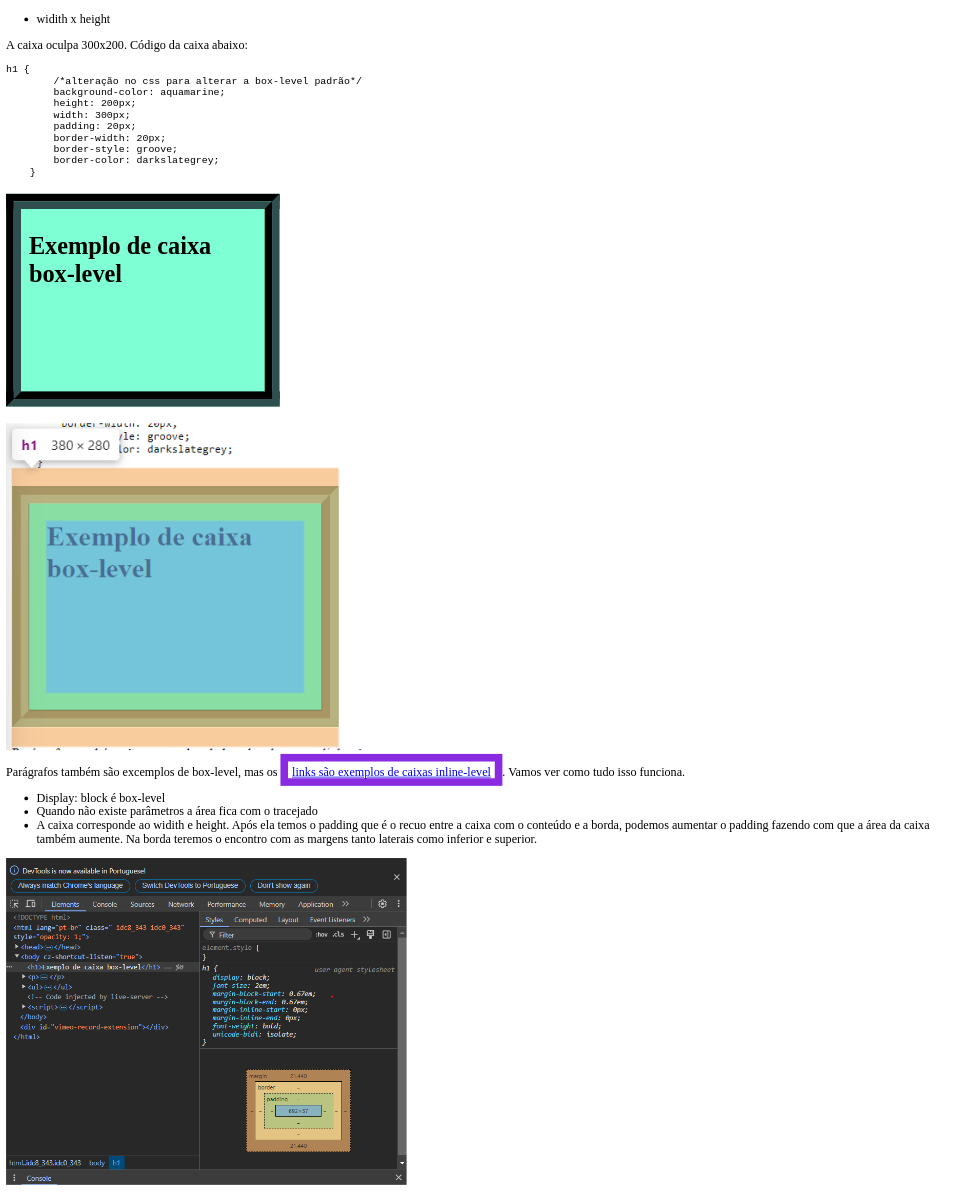
Repository: Willcmorais/vscode-workspace
Page: html-css/curso-em-video/modulo02/estudos/ex026-caixas/caixa01.html
The author's editor kept a copy of each file at every save. The page is drawn from the files as they stood at one save, then again after the next save.
The browser window is 1280 px wide. The pictures show the whole page, at 76% of full size.

Above is the page before, as saved 2024-09-24 10:53:03.

After the next save:
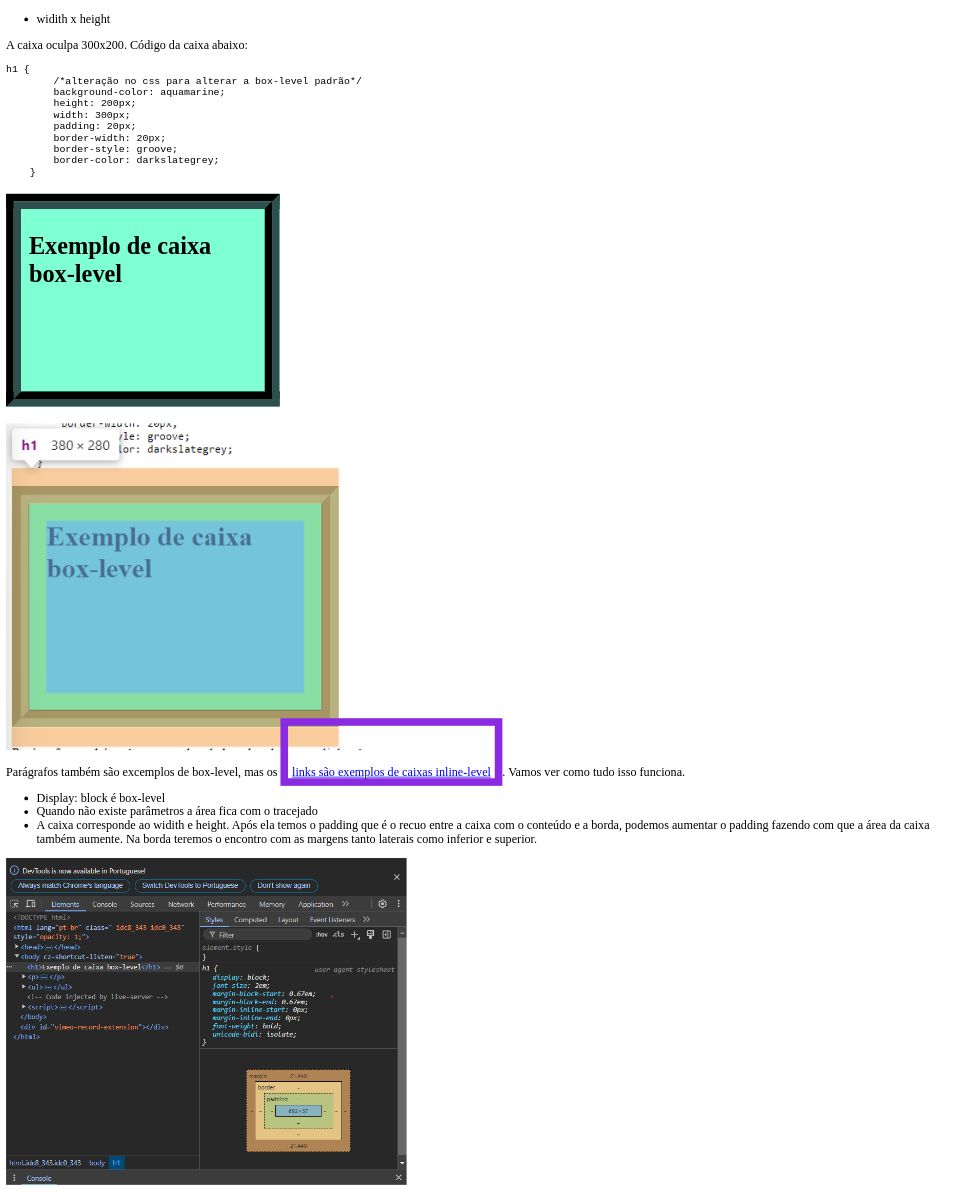
Saved 8 s later.
--- a/html-css/curso-em-video/modulo02/estudos/ex026-caixas/style.css
+++ b/html-css/curso-em-video/modulo02/estudos/ex026-caixas/style.css
@@ -21,7 +21,7 @@
     border-width: 10px;
     border-style: solid;
     border-color: blueviolet;
-    padding-top: 5px;
+    padding-top: 52px;
     padding-right: 5px;
     padding-bottom: 5pxx;
     padding-left: 5px;

After the save that followed:
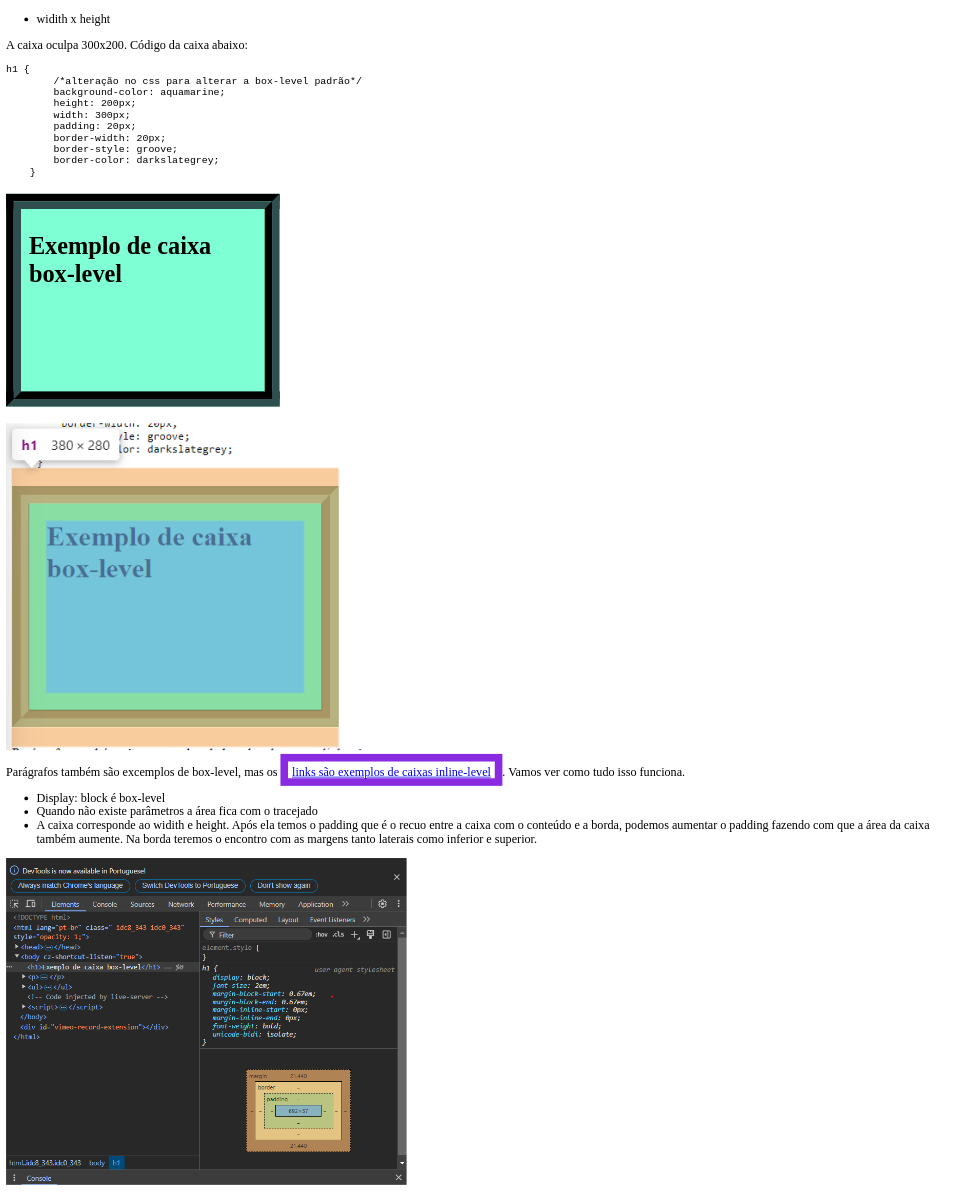
Saved 4 s later.
--- a/html-css/curso-em-video/modulo02/estudos/ex026-caixas/style.css
+++ b/html-css/curso-em-video/modulo02/estudos/ex026-caixas/style.css
@@ -21,7 +21,7 @@
     border-width: 10px;
     border-style: solid;
     border-color: blueviolet;
-    padding-top: 52px;
+    padding-top: 5px;
     padding-right: 5px;
     padding-bottom: 5pxx;
     padding-left: 5px;
